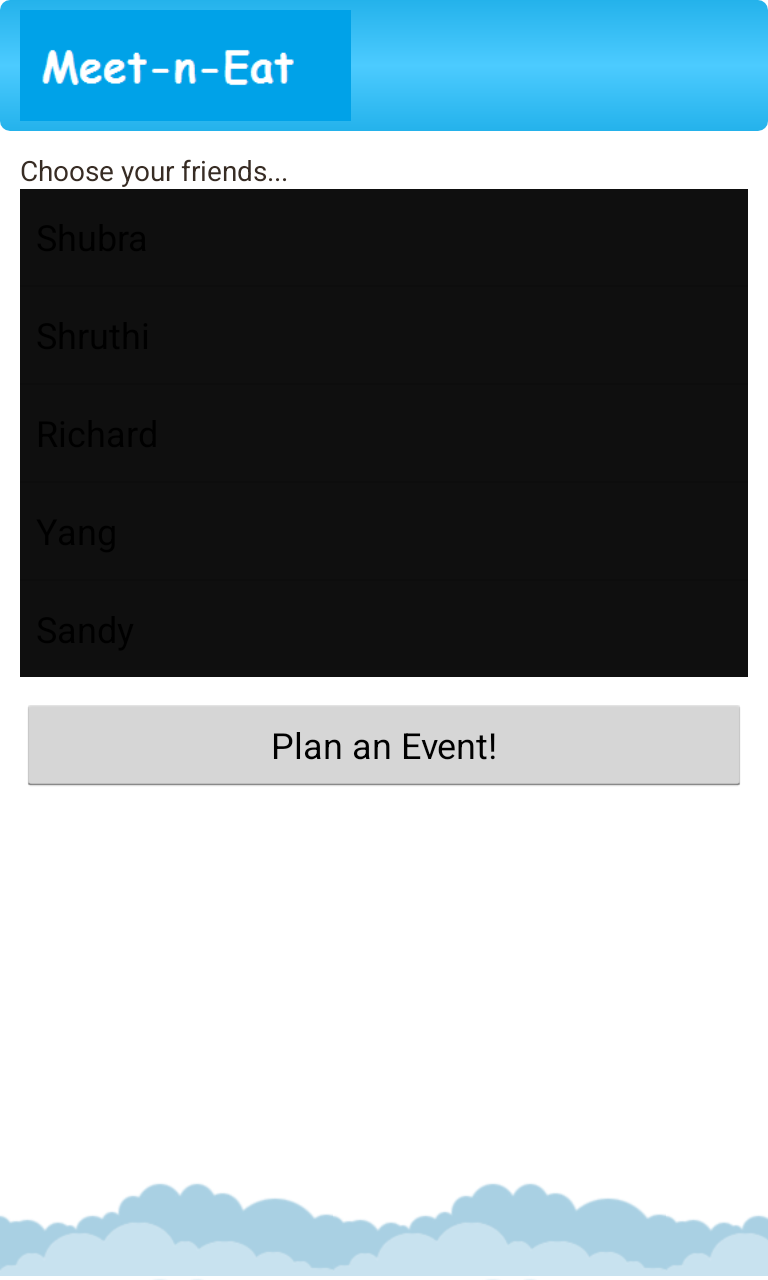
Repository: shubra-shetty/MasterProject
Layout: finalprojecttry1/finalproject_try1/res/layout/home.xml
These files come from the project's save history. The layout is drawn as it stood at one moment and after the next save; the edit follows.
It is drawn on a 768 x 1280 px phone screen (xhdpi) without system bars, with theme AppTheme; the app's code is not run. Lists and similar views that code fills are empty.

Above is the layout before, as saved 2014-11-20 06:02:58.

### finalprojecttry1/finalproject_try1/res/layout/home.xml
<?xml version="1.0" encoding="utf-8"?>
<ScrollView
  xmlns:android="http://schemas.android.com/apk/res/android"
  android:layout_width="fill_parent"
  android:layout_height="fill_parent"
  android:fillViewport="true">
  <RelativeLayout
  		android:layout_width="fill_parent"
  		android:layout_height="wrap_content" android:background="#ffffff">

  		<!--  Header  Starts-->
  		<LinearLayout android:id="@+id/header"
  				android:layout_width="fill_parent"
  				android:layout_height="wrap_content"
  				android:background="@layout/header_gradient"
  				android:paddingTop="5dip"
  				android:paddingBottom="5dip">
  				<!-- Logo Start-->
  				<ImageView android:src="@drawable/logo"
  							android:layout_width="wrap_content"
  							android:layout_height="wrap_content"
  							android:layout_marginLeft="10dip"/>
  				<!-- Logo Ends -->
  		</LinearLayout>
  		<!--  Header Ends -->
  		<!-- Footer Start -->
  		<LinearLayout android:id="@+id/footer"
  				android:layout_width="fill_parent"
  				android:layout_height="50dip"
  				android:background="@layout/footer_repeat"
  				android:orientation="horizontal"
  				android:layout_alignParentBottom="true">
  		</LinearLayout>
  		<!-- Footer Ends -->

  		<!-- Home Form -->
		<LinearLayout
		  android:orientation="vertical"
		  android:layout_width="match_parent"
		  android:layout_height="wrap_content"
		  android:padding="10dip"
		  android:layout_below="@id/header">
		  <!--  Welcome Label -->
		  <TextView android:layout_width="fill_parent"
		  		android:layout_height="wrap_content"
		  		android:textColor="#372c24"
		  		android:text="Choose your friends..."/>
		  <!--  Select your Friends -->
		   <!--  <Spinner
             android:id="@+id/spinnerfr"
             android:layout_width="match_parent"
             android:layout_height="wrap_content"
             android:entries="@array/friends_arrays"
             android:prompt="@string/friends_prompt" /> -->

		   <ListView android:id="@+id/friends"
        android:layout_width="match_parent"
        android:layout_height="match_parent"
        android:entries="@array/friends"
        android:drawSelectorOnTop="false"
        android:background="#f0000000"/>

		  <!-- Plan an Event button -->
		  <Button android:id="@+id/btnPlan"
		  		android:layout_width="fill_parent"
		  		android:layout_height="wrap_content"
		  		android:layout_marginTop="10dip"
		  		android:text="Plan an Event!"/>


		</LinearLayout>
  		<!-- Home Form Ends -->

  </RelativeLayout>
</ScrollView>

### finalprojecttry1/finalproject_try1/res/layout/footer_repeat.xml
<?xml version="1.0" encoding="utf-8"?>
<bitmap xmlns:android="http://schemas.android.com/apk/res/android"
    android:src="@drawable/repeat_bg"
    android:tileMode="repeat" />

### finalprojecttry1/finalproject_try1/res/values/strings.xml
<?xml version="1.0" encoding="utf-8"?>
<resources>
    <string name="app_name">finalproject_try1</string>
  <string name="hello">Hello World, LoginActivity!</string>
    <string name="menu_settings">Settings</string>
    <string name="title_activity_main">Meet-n-Eat</string>

    <string name="cuisine_prompt">Choose a cuisine</string>

    <string-array name="cuisine_arrays">
        <item>American</item>
        <item>Mexican</item>
        <item>Chinese</item>
        <item>Italian</item>
        <item>Indian</item>
        <item>Thai</item>
    </string-array>

    <string name="friends_prompt">Choose your Friends</string>

    <string-array name="friends">
        <item>Shubra</item>
        <item>Shruthi</item>
        <item>Richard</item>
        <item>Yang</item>
        <item>Sandy</item>
    </string-array>

    <string name="type_prompt">Place to meet</string>

    <string-array name="type_arrays">
        <item>Restaurant</item>
        <item>Fast food</item>
        <item>Cafe</item>
        <item>Pizza</item>
        <item>Bakery</item>
        <item>Ice cream</item>
    </string-array>

</resources>

Loaded but not shown: finalprojecttry1/finalproject_try1/res/values/styles.xml (common file); finalprojecttry1/finalproject_try1/res/values-v11/styles.xml (common file); finalprojecttry1/finalproject_try1/res/values-v14/styles.xml (common file); finalprojecttry1/finalproject_try1/res/layout/header_gradient.xml (common file)

After the next save:
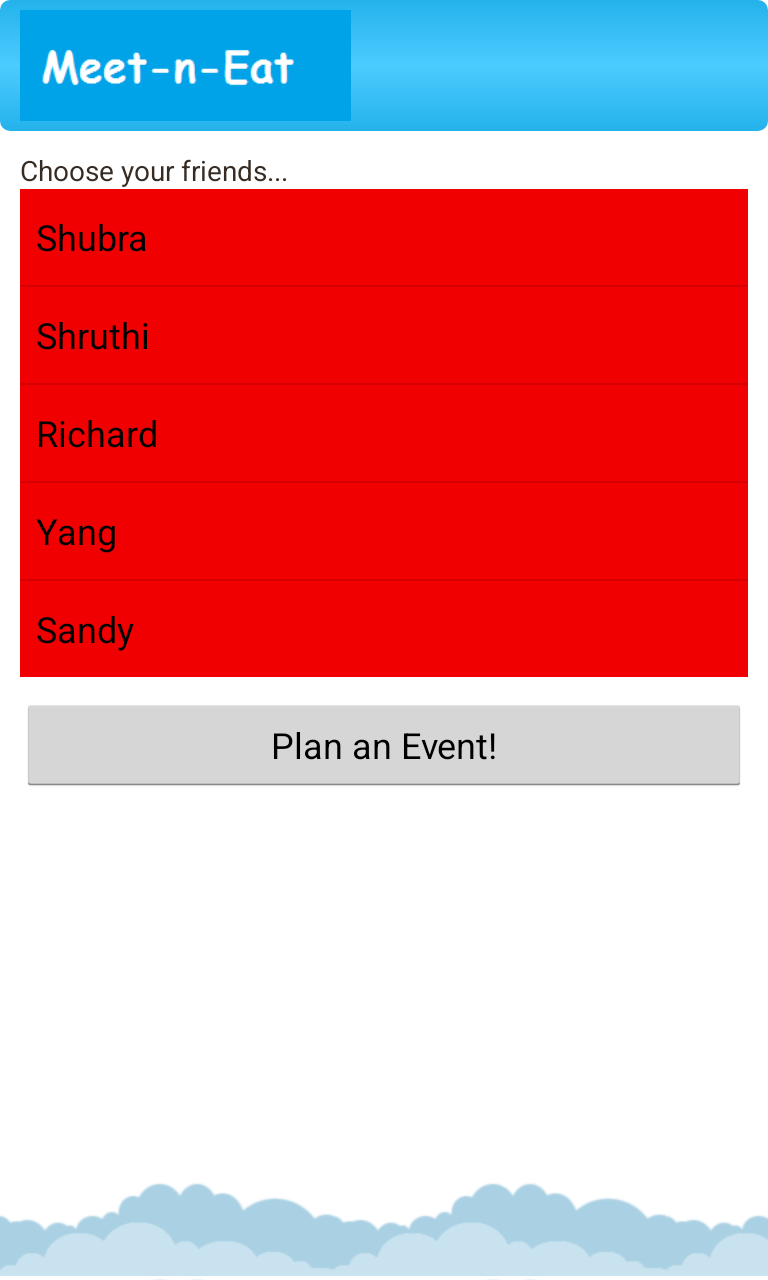
Saved 20 s later.
--- a/finalprojecttry1/finalproject_try1/res/layout/home.xml
+++ b/finalprojecttry1/finalproject_try1/res/layout/home.xml
@@ -58,7 +58,7 @@
         android:layout_height="match_parent"
         android:entries="@array/friends"
         android:drawSelectorOnTop="false"
-        android:background="#f0000000"/>
+        android:background="#fff00000"/>
 
 		  <!-- Plan an Event button -->
 		  <Button android:id="@+id/btnPlan"
